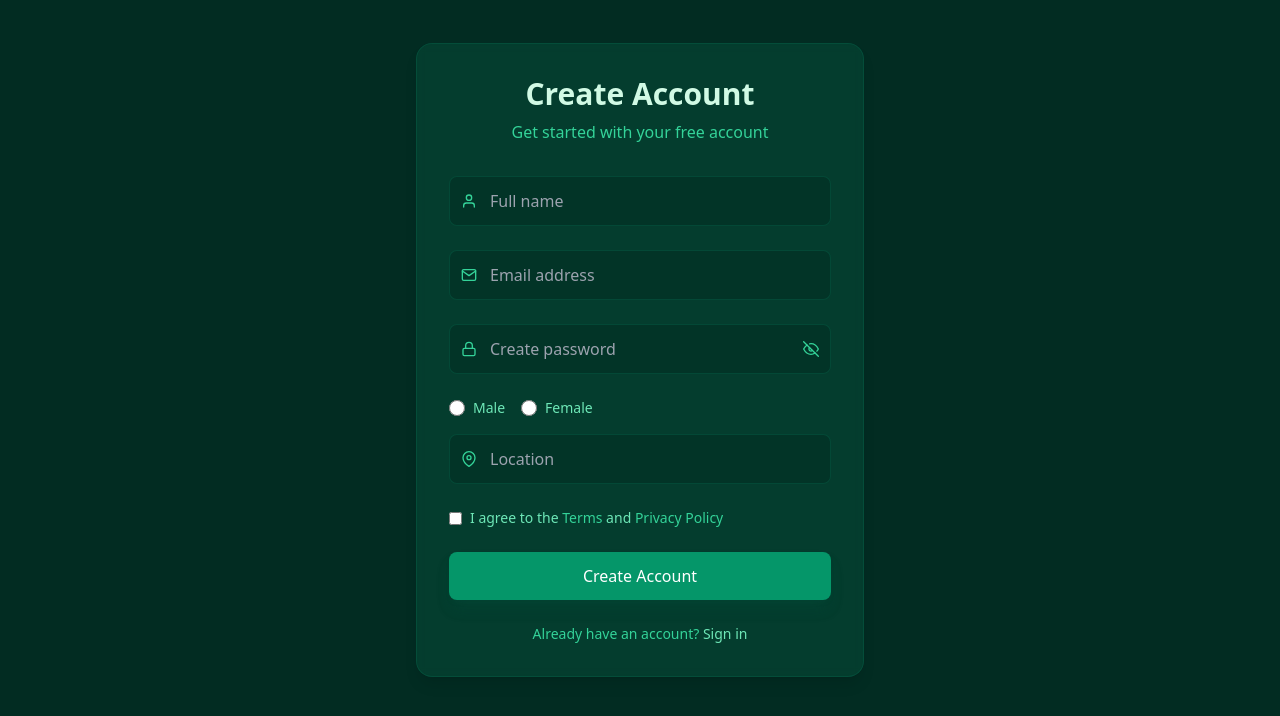
Repository: alizey12/DevLinker-Developer-Portfolio-Builder
Page: /signup
These files come from the project's save history. The page is drawn as it stood at one moment and after a run of saves; the edit follows.
The browser window is 1280 px wide. The pictures show the whole page.
The project was rebuilt for these pictures with package versions that can differ from the ones it lists, and the page was loaded fresh each time. Also part of the build but not shown: vite.config.js, src/Pages/Dashboard/Profile.jsx, src/Pages/Dashboard/Skills.jsx, src/Pages/Dashboard/Project.jsx, src/Pages/Dashboard/Setting.jsx, src/Pages/Home.jsx.

Above is the page before, as saved 2025-07-01 14:51:18.

### src/main.jsx
import { StrictMode } from 'react'

import { createRoot } from 'react-dom/client'
import './index.css'
import App from './App.jsx'
import { BrowserRouter } from 'react-router'

createRoot(document.getElementById('root')).render(
  <StrictMode>
  <BrowserRouter>
    <App />
    </BrowserRouter>
  </StrictMode>,
)

### src/App.jsx
import AppRoutes from "./Routes/AppRoutes";

function App() {
  return (
    <>
<AppRoutes />
    </>
  )
}

export default App

### src/Routes/AppRoutes.jsx
import React from 'react';
import { Routes, Route } from 'react-router';

import DashboardLayout from '../Components/Layout/DashboardLayout';
import Login from '../Pages/Login';
import Signup from '../Pages/Signup';
import Portfolio from '../Pages/Portfolio';
import Page404 from "../Pages/Page404";

import Profile from '../Pages/Dashboard/Profile';
import Skills from '../Pages/Dashboard/Skills';
import Projects from '../Pages/Dashboard/Project';
import Settings from '../Pages/Dashboard/Setting';
import Home from '../Pages/Home';

const AppRoutes = () => {
  return (
    <Routes>
      {/* Public Routes */}
      <Route path='/' element={<Home />} />
      <Route path='/login' element={<Login />} />
      <Route path='/signup' element={<Signup />} />
      <Route path='/portfolio/:username' element={<Portfolio />} />

      {/* Dashboard Routes */}
      <Route path='/dashboard' element={<DashboardLayout />}>
        <Route path="profile" element={<Profile />} />
        <Route path="skills" element={<Skills />} />
        <Route path="projects" element={<Projects />} />
        <Route path="settings" element={<Settings />} />
      </Route>

      {/* 404 Page */}
      <Route path='*' element={<Page404 />} />
    </Routes>
  );
};

export default AppRoutes;

### src/Pages/Signup.jsx
import React from 'react'
import { FiUser, FiMail,FiMapPin, FiLock, FiEyeOff } from 'react-icons/fi';
import { SlUserFemale } from "react-icons/sl";

const Signup = () => {
  return (
    <div>


    <div className="min-h-screen bg-emerald-950 flex items-center justify-center p-4">
      <div className="w-full max-w-md bg-emerald-900/50 backdrop-blur-sm rounded-2xl overflow-hidden shadow-lg border border-emerald-800/50">
        <div className="p-8">
          <div className="text-center mb-8">
            <h1 className="text-3xl font-bold text-emerald-100 mb-2">Create Account</h1>
            <p className="text-emerald-400">Get started with your free account</p>
          </div>

          <form className="space-y-6">
            {/* Name Input */}
            <div className="relative">
              <div className="absolute inset-y-0 left-0 pl-3 flex items-center pointer-events-none">
                <FiUser className="text-emerald-400" />
              </div>
              <input
                type="text"
                placeholder="Full name"
                className="w-full pl-10 pr-4 py-3 bg-emerald-950/50 border border-emerald-800/50 text-emerald-100 rounded-lg focus:ring-2 focus:ring-emerald-500 focus:border-transparent transition-all"
              />
            </div>

            {/* Email Input */}
            <div className="relative">
              <div className="absolute inset-y-0 left-0 pl-3 flex items-center pointer-events-none">
                <FiMail className="text-emerald-400" />
              </div>
              <input
                type="email"
                placeholder="Email address"
                className="w-full pl-10 pr-4 py-3 bg-emerald-950/50 border border-emerald-800/50 text-emerald-100 rounded-lg focus:ring-2 focus:ring-emerald-500 focus:border-transparent transition-all"
              />
            </div>

            {/* Password Input */}
            <div className="relative">
              <div className="absolute inset-y-0 left-0 pl-3 flex items-center pointer-events-none">
                <FiLock className="text-emerald-400" />
              </div>
              <input
                type="password"
                placeholder="Create password"
                className="w-full pl-10 pr-12 py-3 bg-emerald-950/50 border border-emerald-800/50 text-emerald-100 rounded-lg focus:ring-2 focus:ring-emerald-500 focus:border-transparent transition-all"
              />
              <div className="absolute inset-y-0 right-0 pr-3 flex items-center">
                <FiEyeOff className="text-emerald-400" />
              </div>
            </div>
             {/* Gender Input */}
             <div className="space-y-4">
  {/* Gender Radio Input */}
  <div className="flex items-center space-x-4">
    <div className="flex items-center">
      <input
        id="male"
        name="gender"
        type="radio"
        className="h-4 w-4 text-emerald-600 focus:ring-emerald-500 border-emerald-700 bg-emerald-950/50"
      />
      <label htmlFor="male" className="ml-2 block text-sm text-emerald-300">
        Male
      </label>
    </div>
    <div className="flex items-center">
      <input
        id="female"
        name="gender"
        type="radio"
        className="h-4 w-4 text-emerald-600 focus:ring-emerald-500 border-emerald-700 bg-emerald-950/50"
      />
      <label htmlFor="female" className="ml-2 block text-sm text-emerald-300">
        Female
      </label>
    </div>
  </div>



  {/* Location Input */}
  <div className="relative">
    <div className="absolute inset-y-0 left-0 pl-3 flex items-center pointer-events-none">
      <FiMapPin className="text-emerald-400" />
    </div>
    <input
      type="text"
      placeholder="Location"
      className="w-full pl-10 pr-4 py-3 bg-emerald-950/50 border border-emerald-800/50 text-emerald-100 rounded-lg focus:ring-2 focus:ring-emerald-500 focus:border-transparent transition-all"
    />
  </div>
</div>

            {/* Terms Checkbox */}
            <label className="flex items-start">
              <input
                type="checkbox"
                className="mt-1 rounded-sm bg-emerald-950/50 border-emerald-700 text-emerald-500 focus:ring-emerald-600"
              />
              <span className="ml-2 text-sm text-emerald-300">
                I agree to the <a href="#" className="text-emerald-400 hover:underline">Terms</a> and <a href="#" className="text-emerald-400 hover:underline">Privacy Policy</a>
              </span>
            </label>

            {/* Sign Up Button */}
            <button
              type="submit"
              className="w-full py-3 px-4 bg-emerald-600 hover:bg-emerald-500 text-white font-medium rounded-lg transition-all shadow-lg shadow-emerald-900/30"
            >
              Create Account
            </button>

            {/* Login Link */}
            <div className="text-center text-sm text-emerald-400">
              Already have an account?{' '}
              <a href="/login" className="font-medium text-emerald-300 hover:text-emerald-200">
                Sign in
              </a>
            </div>
          </form>
        </div>
      </div>
    </div>
    </div>
  )
}

export default Signup

### src/Pages/Page404.jsx
// src/pages/NotFound.jsx
import React from 'react';
import { Link } from 'react-router-dom';
import { Ghost } from 'lucide-react'; // Optional icon

const NotFound = () => {
  return (
    <div className="flex items-center justify-center min-h-screen bg-gradient-to-br from-gray-900 to-gray-800 text-white p-4">
      <div className="text-center max-w-md">
        <Ghost className="mx-auto text-emerald-400 mb-6" size={64} />
        <h1 className="text-6xl font-bold mb-4">404</h1>
        <p className="text-xl mb-4">Oops! The page you're looking for doesn't exist.</p>
        <p className="text-md text-gray-300 mb-8">
          Maybe you mistyped the URL or the page has been moved.
        </p>
        <Link
          to="/"
          className="inline-block bg-emerald-500 hover:bg-emerald-600 text-white px-6 py-3 rounded-xl font-medium transition duration-300"
        >
          Go Home
        </Link>
      </div>
    </div>
  );
};

export default NotFound;

### src/Components/Layout/DashboardLayout.jsx
import React from 'react'
import { Outlet } from 'react-router'
import Sidebar from '../Sidebar'

const DashboardLayout = () => {
  return (
    <div className="flex min-h-screen">
      {/* Sidebar on the left */}
      <Sidebar />

      {/* Main content */}
      <main className="flex-1 p-6 bg-gray-100">
        <Outlet />
      </main>
    </div>
  )
}

export default DashboardLayout

### src/Pages/Login.jsx
import { FiMail, FiLock, FiEyeOff } from 'react-icons/fi';

const Login = () => {
  return (
    <div className="min-h-screen bg-emerald-950 flex items-center justify-center p-4">
      <div className="w-full max-w-md bg-emerald-900/50 backdrop-blur-sm rounded-2xl overflow-hidden shadow-lg border border-emerald-800/50">
        <div className="p-8">
          <div className="text-center mb-8">
            <h1 className="text-3xl font-bold text-emerald-100 mb-2">Welcome Back</h1>
            <p className="text-emerald-400">Sign in to access your account</p>
          </div>

          <form className="space-y-6">
            {/* Email Input */}
            <div className="relative">
              <div className="absolute inset-y-0 left-0 pl-3 flex items-center pointer-events-none">
                <FiMail className="text-emerald-400" />
              </div>
              <input
                type="email"
                placeholder="Email address"
                className="w-full pl-10 pr-4 py-3 bg-emerald-950/50 border border-emerald-800/50 text-emerald-100 rounded-lg focus:ring-2 focus:ring-emerald-500 focus:border-transparent transition-all"
              />
            </div>

            {/* Password Input */}
            <div className="relative">
              <div className="absolute inset-y-0 left-0 pl-3 flex items-center pointer-events-none">
                <FiLock className="text-emerald-400" />
              </div>
              <input
                type="password"
                placeholder="Password"
                className="w-full pl-10 pr-12 py-3 bg-emerald-950/50 border border-emerald-800/50 text-emerald-100 rounded-lg focus:ring-2 focus:ring-emerald-500 focus:border-transparent transition-all"
              />
              <button
                type="button"
                className="absolute inset-y-0 right-0 pr-3 flex items-center"
              >
                <FiEyeOff className="text-emerald-400 hover:text-emerald-300" />
              </button>
            </div>

            {/* Remember Me & Forgot Password */}
            <div className="flex items-center justify-between">
              <label className="flex items-center">
                <input
                  type="checkbox"
                  className="rounded-sm bg-emerald-950/50 border-emerald-700 text-emerald-500 focus:ring-emerald-600"
                />
                <span className="ml-2 text-sm text-emerald-300">Remember me</span>
              </label>
              <a href="#" className="text-sm text-emerald-400 hover:text-emerald-300">Forgot password?</a>
            </div>

            {/* Login Button */}
            <button
              type="submit"
              className="w-full py-3 px-4 bg-emerald-600 hover:bg-emerald-500 text-white font-medium rounded-lg transition-all shadow-lg shadow-emerald-900/30"
            >
              Sign In
            </button>

            {/* Sign Up Link */}
            <div className="text-center text-sm text-emerald-400">
              Don't have an account?{' '}
              <a href="/signup" className="font-medium text-emerald-300 hover:text-emerald-200">
                Sign up
              </a>
            </div>
          </form>
        </div>
      </div>
    </div>
  );
};
export default Login;

### src/Pages/Portfolio.jsx
import React from 'react'
import { useParams } from 'react-router'
const Portfolio = () => {
    const ParamsData = useParams();
    console.log(ParamsData.username)

  return (
    <div>
      <h1>portfolio :{useParams.id} </h1>
    </div>
  )
}

export default Portfolio

### src/Components/Sidebar.jsx
import React, { useState } from 'react';
import { NavLink, Link } from 'react-router';
import { CgProfile } from "react-icons/cg";
import { FaRegFileCode } from "react-icons/fa";
import { GoProjectSymlink } from "react-icons/go";
import { IoSettingsOutline } from "react-icons/io5";
import { GiHamburgerMenu } from "react-icons/gi";

const Sidebar = () => {
  const [isCollapsed, setIsCollapsed] = useState(true);

  function handleSideToggle() {
    setIsCollapsed(!isCollapsed);
  }

  return (
    <div>
      <aside className={`${isCollapsed ? 'w-20' : 'w-64'} h-full bg-emerald-900/70 hover:bg-emerald-700 text-white p-4 transition-all duration-300 border-r border-emerald-900/70 backdrop-blur`}>
        <button onClick={handleSideToggle} className="text-emerald-300 hover:text-emerald-400">
          <GiHamburgerMenu size={30} />
        </button>

        <ul className="space-y-6 my-5">
          <li>
            <Link
              to="profile"
              className="flex items-center text-emerald-200 hover:text-emerald-400"
              activeClassName="text-emerald-400"
            >
              <CgProfile size={25} />
              {!isCollapsed && <span className="ml-3 font-semibold text-lg">Profile</span>}
            </Link>
          </li>

          <li>
            <NavLink
              to="skills"
              className="flex items-center text-emerald-200 hover:text-emerald-400"
              activeClassName="text-emerald-400"
            >
              <FaRegFileCode size={25} />
              {!isCollapsed && <span className="ml-3 font-semibold text-lg">Skills</span>}
            </NavLink>
          </li>

          <li>
            <NavLink
              to="projects"
              className="flex items-center text-emerald-200 hover:text-emerald-400"
              activeClassName="text-emerald-400"
            >
              <GoProjectSymlink size={25} />
              {!isCollapsed && <span className="ml-3 font-semibold text-lg">Projects</span>}
            </NavLink>
          </li>

          <li>
            <NavLink
              to="settings"
              className="flex items-center text-emerald-200 hover:text-emerald-400"
              activeClassName="text-emerald-400"
            >
              <IoSettingsOutline size={25} />
              {!isCollapsed && <span className="ml-3 font-semibold text-lg">Settings</span>}
            </NavLink>
          </li>
        </ul>
      </aside>
    </div>
  );
};

export default Sidebar;

Loaded but not shown: index.html (common file); src/index.css (common file); tailwind.config.js (common file)

After the next 2 saves:
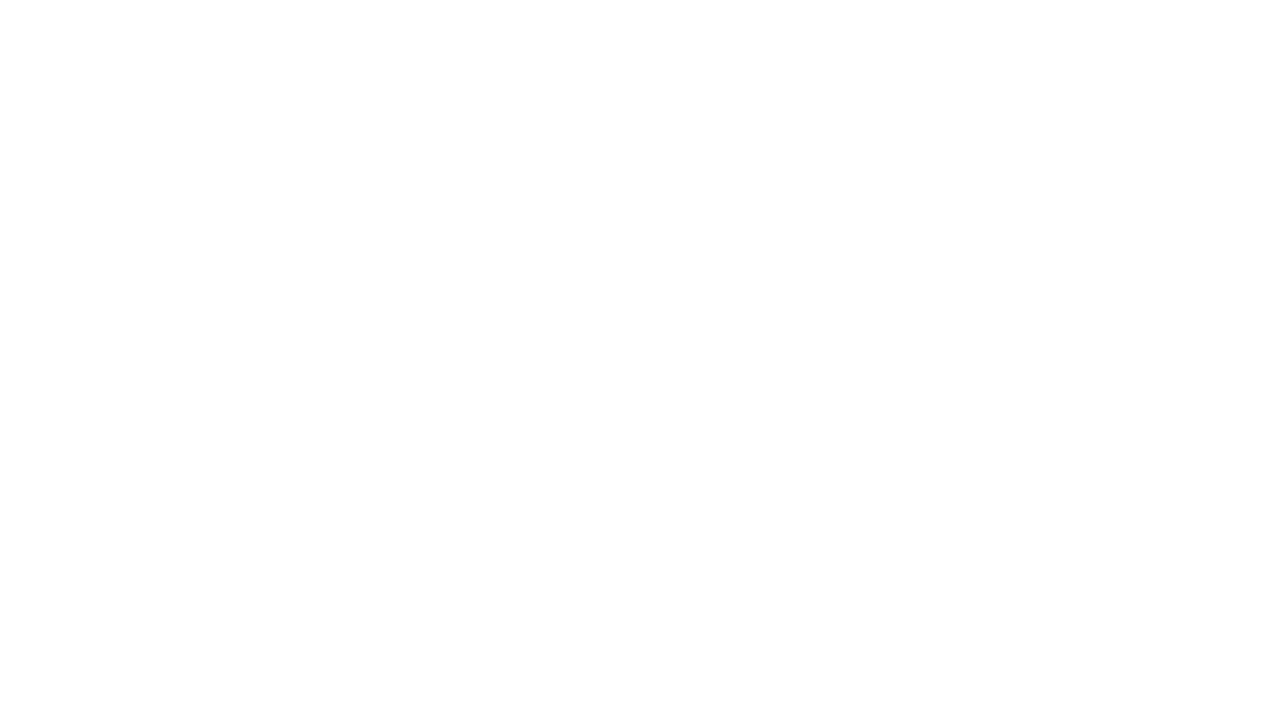
Console error: ReferenceError: Page404 is not defined
The 2 saves are shown as one change because 1 did not build or start.
The last was saved 15 s later.
--- a/src/Pages/Page404.jsx
+++ b/src/Pages/Page404.jsx
@@ -24,4 +24,4 @@
   );
 };
 
-export default NotFound;
+export default Page404;

After the 5 saves that followed:
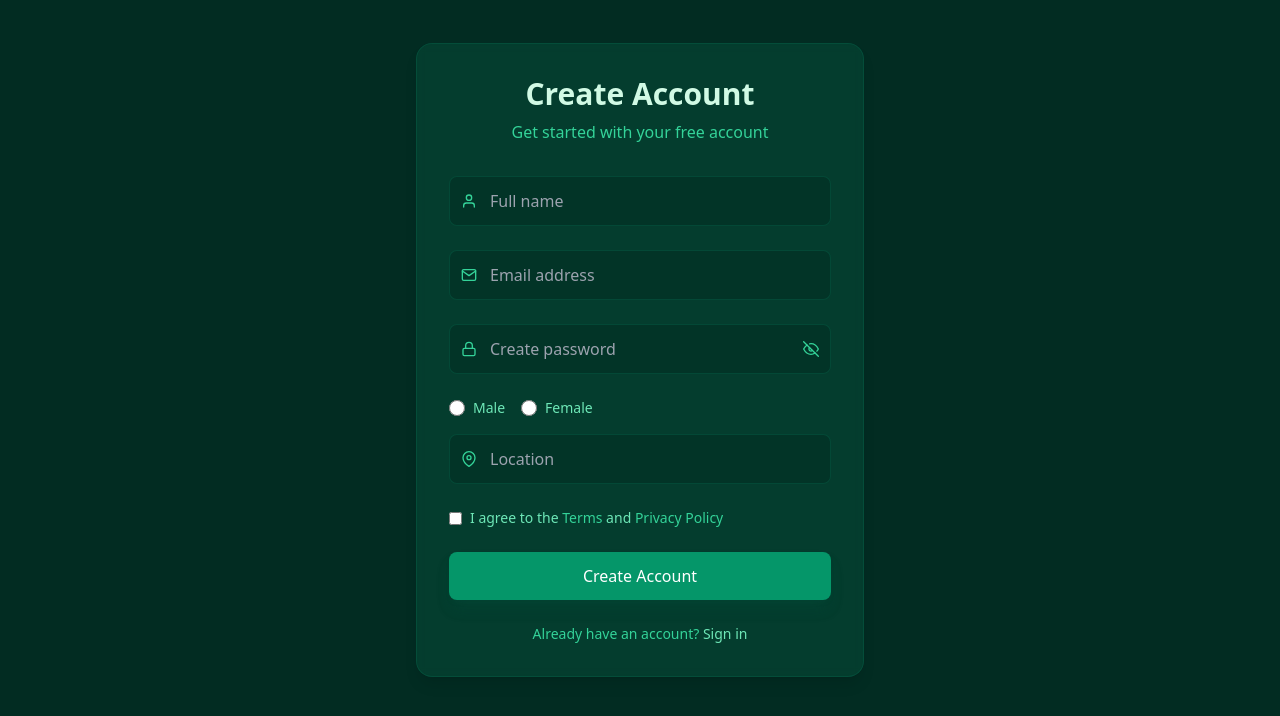
The error is gone.
The 5 saves are shown as one change because 1 left the picture as it was and some came seconds apart.
The last was saved 17 s later.
--- a/src/Pages/Page404.jsx
+++ b/src/Pages/Page404.jsx
@@ -3,7 +3,7 @@
 import { Link } from 'react-router-dom';
 import { Ghost } from 'lucide-react'; // Optional icon
 
-const NotFound = () => {
+const Page404 = () => {
   return (
     <div className="flex items-center justify-center min-h-screen bg-gradient-to-br from-gray-900 to-gray-800 text-white p-4">
       <div className="text-center max-w-md">
